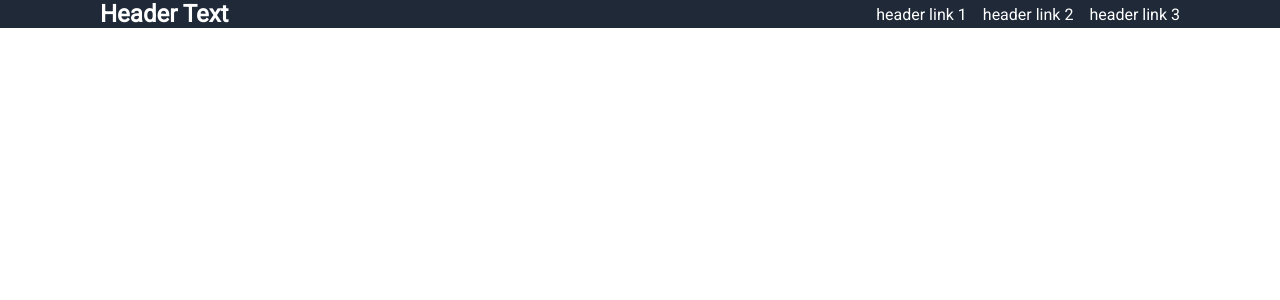
Repository: aaronestre/odin-landingpage
Page: index.html
These files come from the project's save history. The page is drawn as it stood at one moment and after the next save; the edit follows.
The browser window is 1280 px wide. The pictures show the whole page.

Above is the page before, as saved 2025-02-12 19:50:55.

### index.html
<!DOCTYPE html>
<html lang="en">
    <head>
        <meta charset="UTF-8" />
        <meta http-equiv="X-UA-Compatible" content="IE=edge" />
        <meta name="viewport" content="width=device-width, initial-scale=1.0" />
        <link rel="stylesheet" href="index.css" />
        <link
            href="http://fonts.googleapis.com/css?family=Roboto"
            rel="stylesheet"
            type="text/css"
        />
        <style>
            body {
                font-family: "Roboto", sans-serif;
            }
        </style>
        <title>Odin Landing Page</title>
    </head>
    <body>
        <div class="header">
            <h1>Header Text</h1>
            <div class="header-right">
                <p>header link 1</p>
                <p>header link 2</p>
                <p>header link 3</p>
            </div>
        </div>
    </body>
</html>

### index.css
* {
    margin: 0;
    padding: 0;
    box-sizing: border-box;
}

.header {
    background-color: #1f2937;
    margin: 0px;
    width: 100%;
    color: white;
    font-family: Roboto;
    display: flex;
    justify-content: space-between;
    align-items: center;
}

.header h1 {
    margin-left: 100px;
    font-size: 24px;
}

.header-right {
    margin-right: 100px;
    display: flex;
    justify-content: flex-end;
    gap: 16px;
}

After the next save:
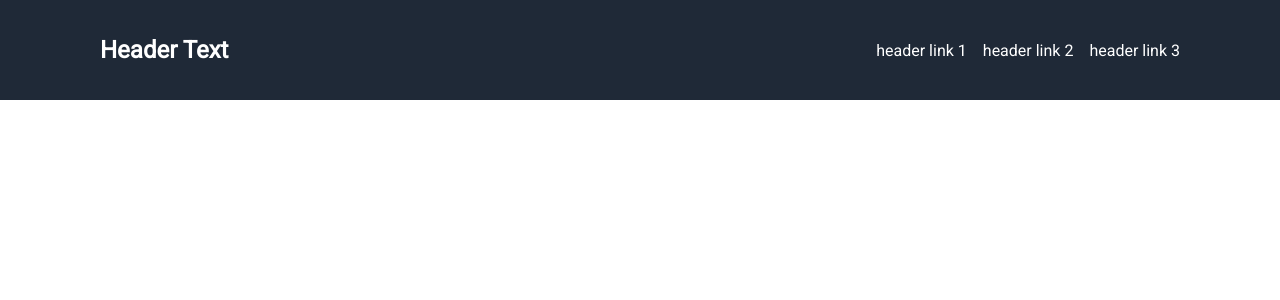
Saved 8 s later.
--- a/index.css
+++ b/index.css
@@ -8,6 +8,7 @@
     background-color: #1f2937;
     margin: 0px;
     width: 100%;
+    height: 100px;
     color: white;
     font-family: Roboto;
     display: flex;
